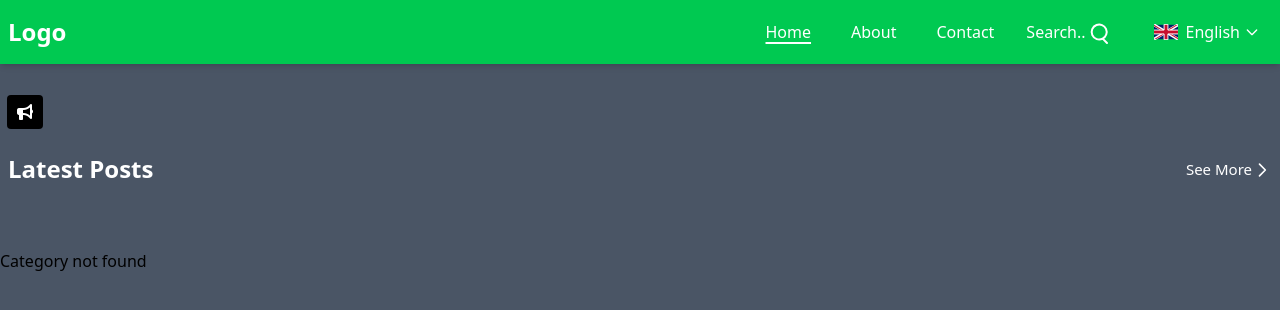
Repository: saroeuntola/we-share
Page: http://localhost/index?lang=en
The author's editor kept a copy of each file at every save. The page is drawn from the files as they stood at one save, then again after the next save.
The browser window is 1280 px wide. The pictures show the whole page.
The page is run by PHP 8.4 with error messages shown; the project is at /var/www/html/. Style sheets and scripts are compiled from the project's sources, by tool versions that may differ from the author's. Queries for data that is not in the repository find no rows.

Above is the page before, as saved 2025-08-29 12:22:33.

After the next save:
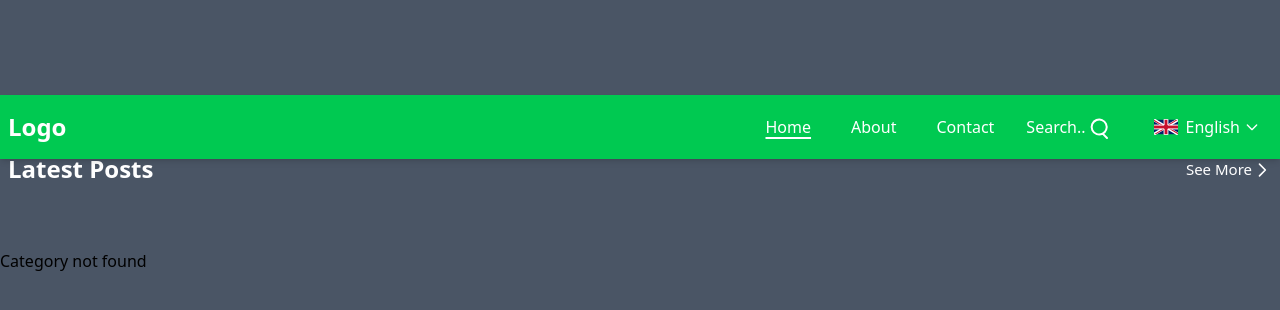
Saved 5 s later.
--- a/assets/css/custom.css
+++ b/assets/css/custom.css
@@ -1,5 +1,5 @@
 #header {
-  top: 0 ;
+  top: 0 1;
 }
 
 .khmer-font-nav{

After the save that followed:
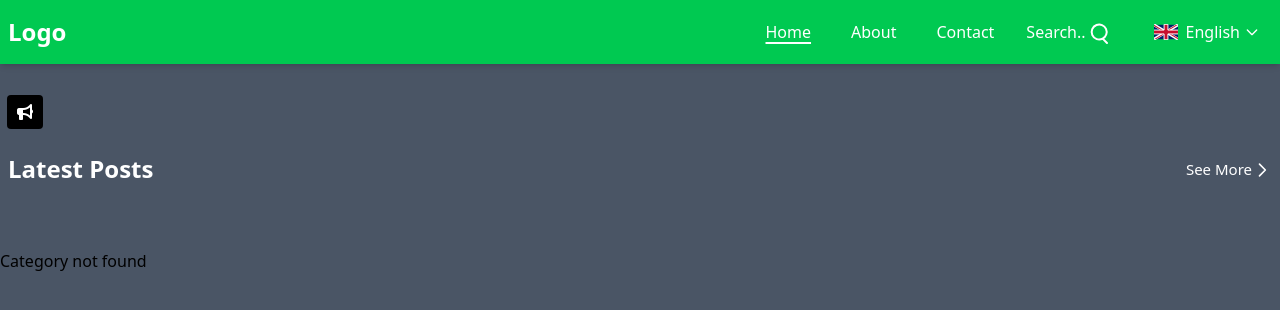
Saved 5 s later.
--- a/assets/css/custom.css
+++ b/assets/css/custom.css
@@ -1,5 +1,5 @@
 #header {
-  top: 0 1;
+  top: 0 !important;
 }
 
 .khmer-font-nav{
